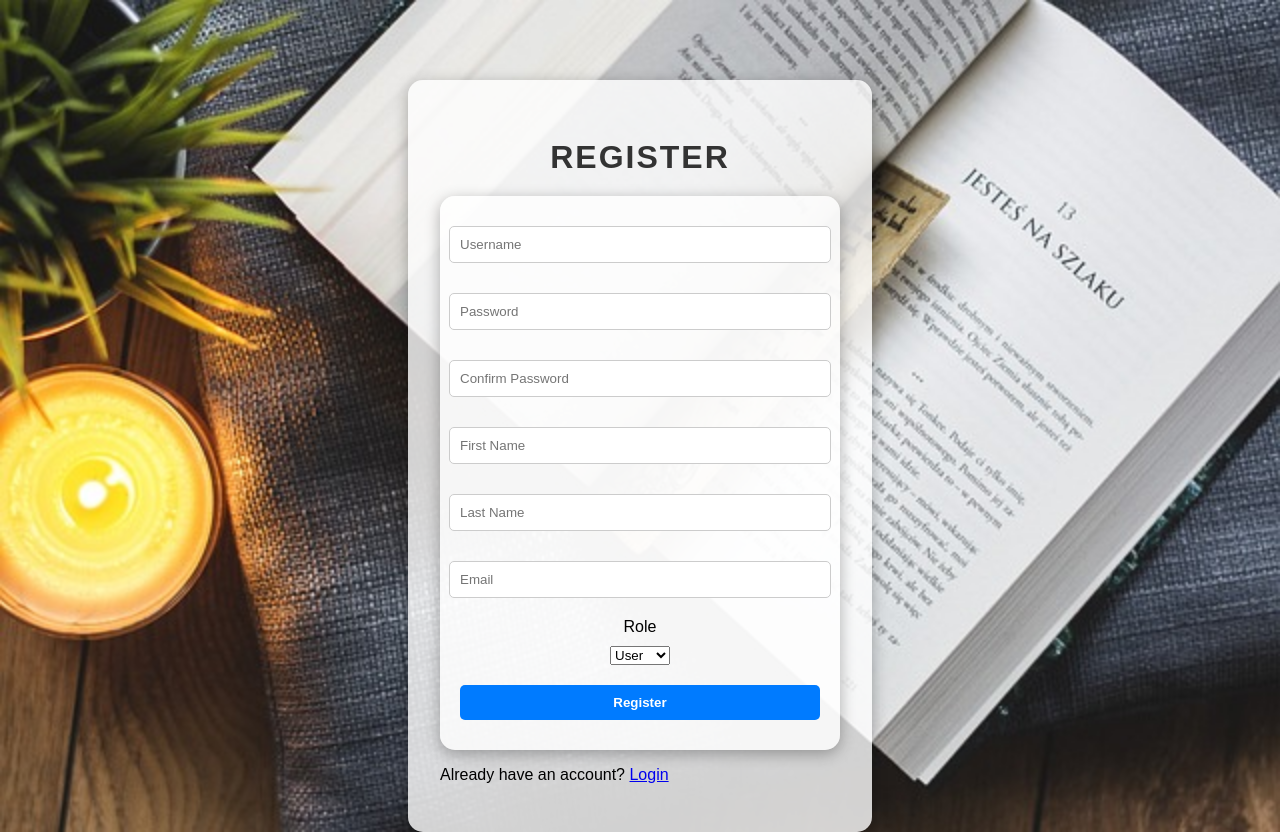
Repository: pavitrapai10/Library_Management_System
Page: http://localhost/register.php
An editor plug-in stored every save of this project. The page is shown before and after the next save, followed by the edit.
The browser window is 1280 px wide. The pictures show the whole page.
Backgrounds fixed to the window are drawn as part of the page. The page is run by PHP 8.4 with error messages shown; the project is at /var/www/html/.

Above is the page before, as saved 2025-02-06 11:20:41.

### register.php
<?php
include 'db.php';
$error = '';
$success = '';

if ($_SERVER['REQUEST_METHOD'] == 'POST') {
    $username = trim($_POST['username']);
    $password = trim($_POST['password']);
    $confirmPassword = trim($_POST['confirmPassword']);
    $first_name = trim($_POST['first_name']);
    $last_name = trim($_POST['last_name']);
    $email = trim($_POST['email']);
    $role_name = trim($_POST['role']);

    $role_query = $conn->prepare("SELECT id FROM roles WHERE role_name = ?");
    $role_query->bind_param("s", $role_name);
    $role_query->execute();
    $role_query->store_result();
    $role_query->bind_result($id);
    $role_query->fetch();

    if (!$id) {
        $error = "Invalid role selected.";
    }

    if (!filter_var($email, FILTER_VALIDATE_EMAIL) || !preg_match('/@gmail\.com$/', $email)) {
        $error = "Please enter a valid Gmail address (e.g., example@gmail.com).";
    }

    if (strlen($password) < 8 ||
        !preg_match('/[A-Z]/', $password) ||
        !preg_match('/[a-z]/', $password) ||
        !preg_match('/\d/', $password) ||
        !preg_match('/[@$!%*?&]/', $password)) {
        $error = "Password must be at least 8 characters long, contain an uppercase letter, a lowercase letter, a number, and a special character.";
    } elseif ($password !== $confirmPassword) {
        $error = "Passwords do not match.";
    }

    if (empty($error)) {
        $hashedPassword = password_hash($password, PASSWORD_DEFAULT);

        $query = "INSERT INTO borrowers (username, password, first_name, last_name, email, created_at, role_id)
                  VALUES (?, ?, ?, ?, ?, NOW(), ?)";
        $stmt = $conn->prepare($query);

        if ($stmt) {
            $stmt->bind_param("sssssi", $username, $hashedPassword, $first_name, $last_name, $email, $id);

            try {
                $stmt->execute();
                $success = "User registered successfully!";
            } catch (mysqli_sql_exception $e) {
                if (strpos($e->getMessage(), "for key 'borrowers.username'") !== false) {
                    $error = "Username already exists. Please choose a different one.";
                } elseif (strpos($e->getMessage(), "for key 'borrowers.email'") !== false) {
                    $error = "Email already exists. Please use a different one.";
                } else {
                    $error = "Failed to register user. Please try again.";
                }
            }
        } else {
            $error = "Failed to prepare the statement. Please contact support.";
        }
    }
}
?>
<!DOCTYPE html>
<html lang="en">
<head>
    <meta charset="UTF-8">
    <meta name="viewport" content="width=device-width, initial-scale=1.0">
    <title>Register - Library Management</title>
    <link rel="stylesheet" href="style.css">
</head>
<body>
    <div class="form-container">
        <h2>Register</h2>
        <form id="registerForm" method="POST" action="">
            <input type="text" name="username" id="username" placeholder="Username" required>
            <input type="password" name="password" id="password" placeholder="Password" required>
            <input type="password" name="confirmPassword" id="confirmPassword" placeholder="Confirm Password" required>
            <input type="text" name="first_name" placeholder="First Name" required>
            <input type="text" name="last_name" placeholder="Last Name" required>
            <input type="email" name="email" placeholder="Email" required>
            <label for="role">Role</label>
            <select name="role" id="role" required>
                <option value="user">User</option>
                <option value="admin">Admin</option>
            </select>
            <button type="submit">Register</button>
        </form>

        <div id="message-container" class="hidden"></div>

        <p>Already have an account? <a href="login.php">Login</a></p>
    </div>

    <script>
        // Show error/success messages dynamically
        window.addEventListener('DOMContentLoaded', (event) => {
            const messageContainer = document.getElementById('message-container');

            <?php if (!empty($error)): ?>
                messageContainer.textContent = "<?php echo htmlspecialchars($error); ?>";
                messageContainer.classList.remove('hidden');
                messageContainer.classList.add('error');
            <?php elseif (!empty($success)): ?>
                messageContainer.textContent = "<?php echo htmlspecialchars($success); ?>";
                messageContainer.classList.remove('hidden');
                messageContainer.classList.add('success');
            <?php endif; ?>
        });
    </script>
</body>
</html>

### db.php

<?php
$servername = "localhost";
$username = "root";
$password = ""; // Empty if there's no password set
$dbname = "library_management";

// Create connection
$conn = new mysqli($servername, $username, $password, $dbname);

// Check connection and suppress any errors
if ($conn->connect_error) {
    // You can log the error instead of displaying it, e.g., error_log($conn->connect_error);
    die();  // Do not display any error message, but stop further execution
}
?>

### style.css
/* General Body Style (for all pages) */
body {
    font-family: 'Poppins', Arial, sans-serif;
    background: url('img/image.jpg') no-repeat center center fixed;
    background-size: cover;
    height: 100vh;
    margin: 0;
    padding: 0;
    overflow-x: hidden;
    animation: fadeIn 1.5s ease-in-out;

}

/* Fade-in animation for the body */
@keyframes fadeIn {
    from {
        opacity: 0;
    }
    to {
        opacity: 1;
    }
}

/* Header Styling for All Pages */
/* Updated Header Styling for Button Layout */
header {
    background: rgba(76, 175, 80, 0.9);
    color: #fff;
    padding: 1rem 20px;
    display: flex;
    align-items: center;
    justify-content: space-between;
    position: sticky;
    top: 0;
    z-index: 10;
    box-shadow: 0 2px 5px rgba(0, 0, 0, 0.2);
}

.backtobooks-button {
    color: #fff;
    text-decoration: none;
    font-size: 1rem;
    border: 1px solid white;
    padding: 5px 10px;
    border-radius: 5px;
    background: #4CAF50;
    transition: background 0.3s ease, color 0.3s ease;
}

.backtobooks-button:hover {
    background: white;
    color: #4CAF50;
}
.backtoadmin-button {
    color: #fff;
    text-decoration: none;
    font-size: 1rem;
    border: 1px solid white;
    padding: 5px 10px;
    border-radius: 5px;
    background: #4CAF50;
    transition: background 0.3s ease, color 0.3s ease;
}

.backtoadmin-button:hover {
    background: white;
    color: #4CAF50;
}

.header-content {
    display: flex;
    justify-content: space-evenly;
    align-items: center;
    width: 100%;
}

.left-buttons {
    display: flex;
    gap: 15px;
}

.right-buttons {
    margin-left: auto;
}

.logout-button {
    color: #fff;
    text-decoration: none;
    font-size: 1rem;
    border: 1px solid white;
    padding: 5px 10px;
    border-radius: 5px;
    transition: background 0.3s ease, color 0.3s ease;
}

.add-books-button,
.borrow-button,
.log-button,
.borrowbook-button {
    color: #fff;
    text-decoration: none;
    font-size: 1rem;
    border: 1px solid white;
    padding: 5px 10px;
    border-radius: 5px;
    background: #4CAF50;
    transition: background 0.3s ease, color 0.3s ease;
}

.logout-button:hover,
.add-books-button:hover,
.borrow-button:hover,
.log-button:hover,
.borrowbook-button:hover {
    background: white;
    color: #4CAF50;
}
header .backtobooks-button:hover {
    background: white;
    color: #4CAF50;
}
header .backtoadmin-button:hover {
    background: white;
    color: #4CAF50;
}




/* Form Container Styling for Login and Register */
.form-container {
    background: rgba(255, 255, 255, 0.8); /* White background with transparency */
    max-width: 400px;
    width: 90%;
    margin: 5rem auto;
    padding: 2rem;
    box-shadow: 0 4px 15px rgba(0, 0, 0, 0.3); /* Deeper shadow for better effect */
    border-radius: 15px;
    transition: transform 0.3s ease-in-out, box-shadow 0.3s ease-in-out;
}

.form-container:hover {
    transform: scale(1.03);
    box-shadow: 0 6px 20px rgba(0, 0, 0, 0.4);
}

/* Input and Button Styling for Forms */
input, button {
    width: 100%;
    padding: 10px;
    margin: 10px 0;
    border: 1px solid #ccc;
    border-radius: 5px;
    transition: all 0.3s ease;
}

input:focus {
    outline: none;
    border: 1px solid #4CAF50;
    box-shadow: 0 0 10px rgba(76, 175, 80, 0.5);
}

button {
    background: #4CAF50;
    color: #fff;
    border: none;
    cursor: pointer;
    font-weight: bold;
}

button:hover {
    background: #45a049;
    box-shadow: 0 2px 10px rgba(76, 175, 80, 0.4);
    transform: scale(1.05);
}

/* Ensure that form elements are centered */
form {
    display: flex;
    flex-direction: column;
    align-items: center;
    gap: 10px; /* Add spacing between form elements */
}

/* Heading Styling for Login, Register, Edit */
h2 {
    text-align: center;
    font-size: 2rem;
    margin-bottom: 20px;
    color: #333;
    text-transform: uppercase;
    letter-spacing: 2px;
    animation: fadeIn 1.5s ease-in-out;
}

/* Admin Page Styling */
#admin-page {
    display: flex;
    justify-content: center;
    align-items: center;
    flex-direction: column;
    padding: 20px;
    box-sizing: border-box;
    min-height: 80vh; /* Ensures the content stays centered vertically */
    margin: 0 auto;
}

#admin-page table {
    width: 60%; /* Slightly narrower to ensure spaciousness */
    max-width: 200px; /* Limit maximum width */
    margin: 0 auto; /* Center the table horizontally */
    border-collapse: collapse;
    background: white;
    box-shadow: 0 4px 15px rgba(0, 0, 0, 0.2);
    border-radius: 8px;
    overflow: hidden; /* Clip any overflow for smooth rounded corners */
    animation: zoomIn 0.8s ease-in-out;
}

@keyframes zoomIn {
    from {
        transform: scale(0.9);
        opacity: 0;
    }
    to {
        transform: scale(1);
        opacity: 1;
    }
}

#admin-page th,
#admin-page td {
    padding: 20px; /* Increased padding for better readability */
    text-align: left;
    border: 1px solid #ddd;
    font-size: 16px; /* Consistent font size */
}

#admin-page th {
    background-color: #4CAF50;
    color: white;
    text-transform: uppercase;
    letter-spacing: 1px;
    font-weight: bold;
}

#admin-page tr:nth-child(even) {
    background-color: #f9f9f9;
}

#admin-page tr:hover {
    background-color: #f1f1f1;
    transform: scale(1.01);
    transition: transform 0.2s ease, background-color 0.2s ease;
}

/* Adjust the header and footer styles within the admin page */
header {
    display: flex;
    justify-content: space-between;
    align-items: center;
    background-color: #4CAF50;
    color: white;
    padding: 15px 20px;
    box-shadow: 0 2px 5px rgba(0, 0, 0, 0.2);
}

footer {
    text-align: center;
    margin-top: 20px;
    padding: 10px;
    background: #4CAF50;
    color: rgb(255, 255, 255);
    position: relative;
    width: 100%;
    box-shadow: 0 -2px 5px rgba(0, 0, 0, 0.1);
}



/* Responsive Adjustments */
@media (max-width: 768px) {
    #admin-page table {
        width: 95%;
    }

    #admin-page th,
    #admin-page td {
        font-size: 14px;
        padding: 12px;
    }
}






/* Books Page Table Styling */
#books-page table {
    width: 100%;
    margin: 20px 0;
    border-collapse: collapse;
    background: rgba(255, 255, 255, 0.95); /* Solid white background for books table */
    box-shadow: 0 4px 15px rgba(0, 0, 0, 0.2);
    transition: box-shadow 0.3s ease-in-out;
}

#books-page table:hover {
    box-shadow: 0 6px 20px rgba(0, 0, 0, 0.3);
}

#books-page th, #books-page td {
    padding: 12px;
    text-align: left;
    border: 1px solid #ddd;
}

#books-page th {
    background-color: #4CAF50;
    color: white;
}

/* Form Styling */
form {
    background: rgba(255, 255, 255, 0.8);
    padding: 20px;
    border-radius: 15px;
    box-shadow: 0 4px 15px rgba(0, 0, 0, 0.3);
}

form input, form button {
    margin: 10px 0;
    padding: 10px;
    width: 100%;
    border-radius: 5px;
}

form button:hover {
    background-color: #45a049;
    transform: scale(1.05);
}







/* Logs Table Styling */
table {
    width: 80%;
    margin: 20px auto;
    border-collapse: collapse;
    box-shadow: 0 4px 8px rgba(0, 0, 0, 0.2);
}

table th, table td {
    padding: 12px 15px;
    text-align: left;
    border: 1px solid #ddd;
}

table th {
    background-color: #4CAF50;
    color: white;
}

table tr:nth-child(even) {
    background-color: #e6e6e6; /* Solid light gray background */
}

table tr:nth-child(odd) {
    background-color: white; /* Solid white background for odd rows */
}

table tr:hover {
    background-color: #d1d1d1; /* Slightly darker gray for hover */
}

/* Close Button Styling */
.close-button {
    background-color: #f44336; /* Red background */
    color: white;
    padding: 10px 15px; /* Adjusted padding for a balanced look */
    border: none;
    border-radius: 5px;
    cursor: pointer;
    font-size: 14px;
    font-weight: bold;
    text-transform: uppercase;
    transition: background-color 0.3s ease, transform 0.2s ease;
    margin-left: 10px; /* Adds spacing if placed next to other buttons */
    display: inline-block; /* Ensures consistent alignment */
}

.close-button:hover {
    background-color: #e53935; /* Darker red on hover */
    transform: scale(1.05); /* Slight zoom effect on hover */
    box-shadow: 0 4px 10px rgba(229, 57, 53, 0.4); /* Adds a subtle shadow */
}

.close-button:active {
    transform: scale(0.95); /* Pressed effect */
    background-color: #d32f2f; /* Slightly darker red for active state */
}

/* Common button styles */

.edbutton {
    display: inline-block;
    padding: 6px 12px;
    font-size: 14px;
    border: none;
    border-radius: 4px;
    text-decoration: none;
    cursor: pointer;
    color: white;
}

/* Admin button styles */
.edit-button {
    background-color: #4CAF50;
}

.delete-button {
    background-color: #f44336;
}

/* Disabled button */
.disabled-button {
    background-color: #cccccc;
    color: #666666;
    cursor: not-allowed;
}

/* Regular user self-edit button with distinct color */
.self-edit-button {
    background-color: #2196F3;
    color: white;
    font-style: italic;
}

/* Hover effect for all active buttons */
.edbutton:hover:not(.disabled-button) {
    opacity: 0.8;
}
.error-container {
    background-color: #f8d7da;
    color: #842029;
    border: 1px solid #f5c2c7;
    padding: 10px;
    border-radius: 5px;
    margin-top: 10px;
}

.success-container {
    background-color: #d4edda;
    color: #155724;
    border: 1px solid #c3e6cb;
    padding: 10px;
    border-radius: 5px;
    margin-top: 10px;
}

.input-group {
    margin-bottom: 15px;
}

button {
    background-color: #007bff;
    color: white;
    padding: 10px 20px;
    border: none;
    border-radius: 5px;
    cursor: pointer;
}

button:hover {
    background-color: #0056b3;
}

After the next save:
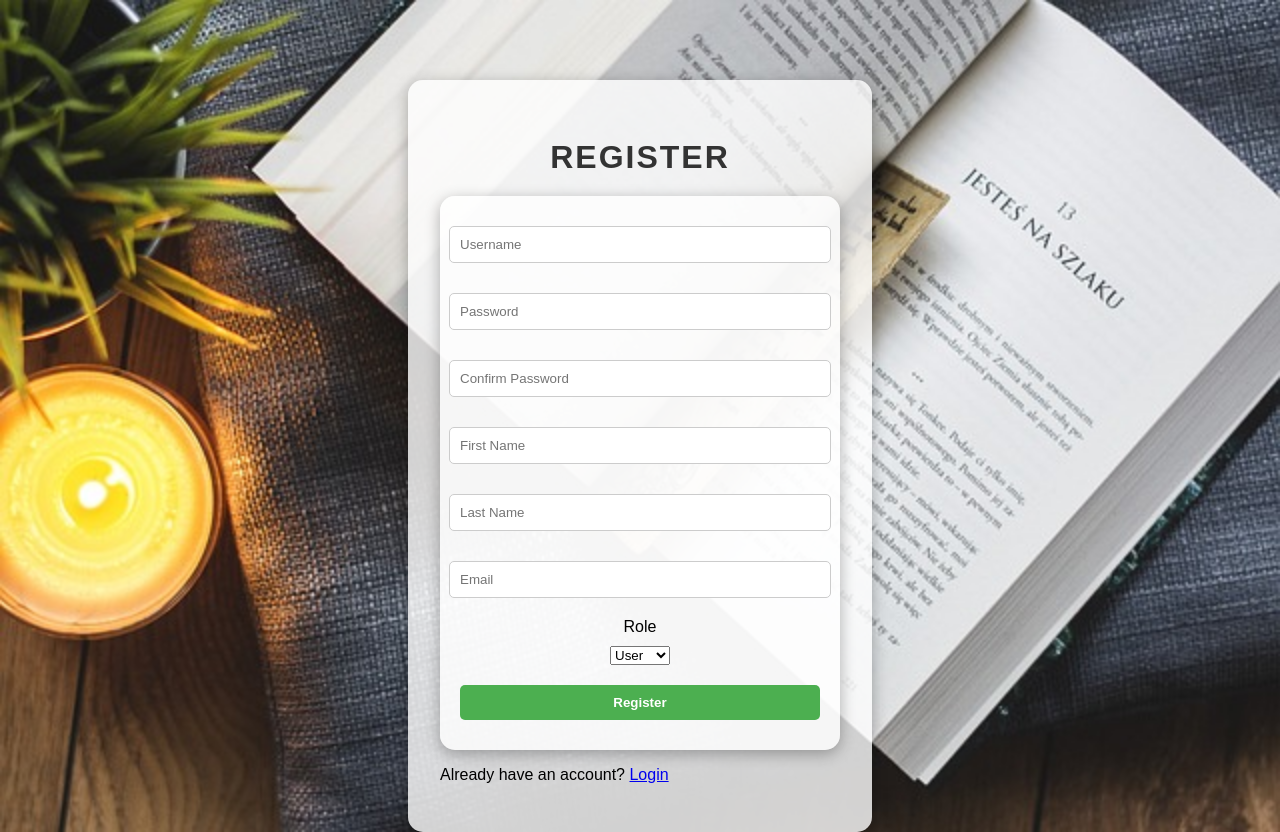
Saved 18 s later.
--- a/style.css
+++ b/style.css
@@ -445,37 +445,25 @@ table tr:hover {
 .edbutton:hover:not(.disabled-button) {
     opacity: 0.8;
 }
-.error-container {
+.hidden {
+    display: none;
+}
+
+#message-container {
+    padding: 10px;
+    margin-top: 10px;
+    border-radius: 5px;
+    text-align: center;
+}
+
+.error {
     background-color: #f8d7da;
     color: #842029;
     border: 1px solid #f5c2c7;
-    padding: 10px;
-    border-radius: 5px;
-    margin-top: 10px;
-}
-
-.success-container {
+}
+
+.success {
     background-color: #d4edda;
     color: #155724;
     border: 1px solid #c3e6cb;
-    padding: 10px;
-    border-radius: 5px;
-    margin-top: 10px;
-}
-
-.input-group {
-    margin-bottom: 15px;
-}
-
-button {
-    background-color: #007bff;
-    color: white;
-    padding: 10px 20px;
-    border: none;
-    border-radius: 5px;
-    cursor: pointer;
-}
-
-button:hover {
-    background-color: #0056b3;
-}
+}
